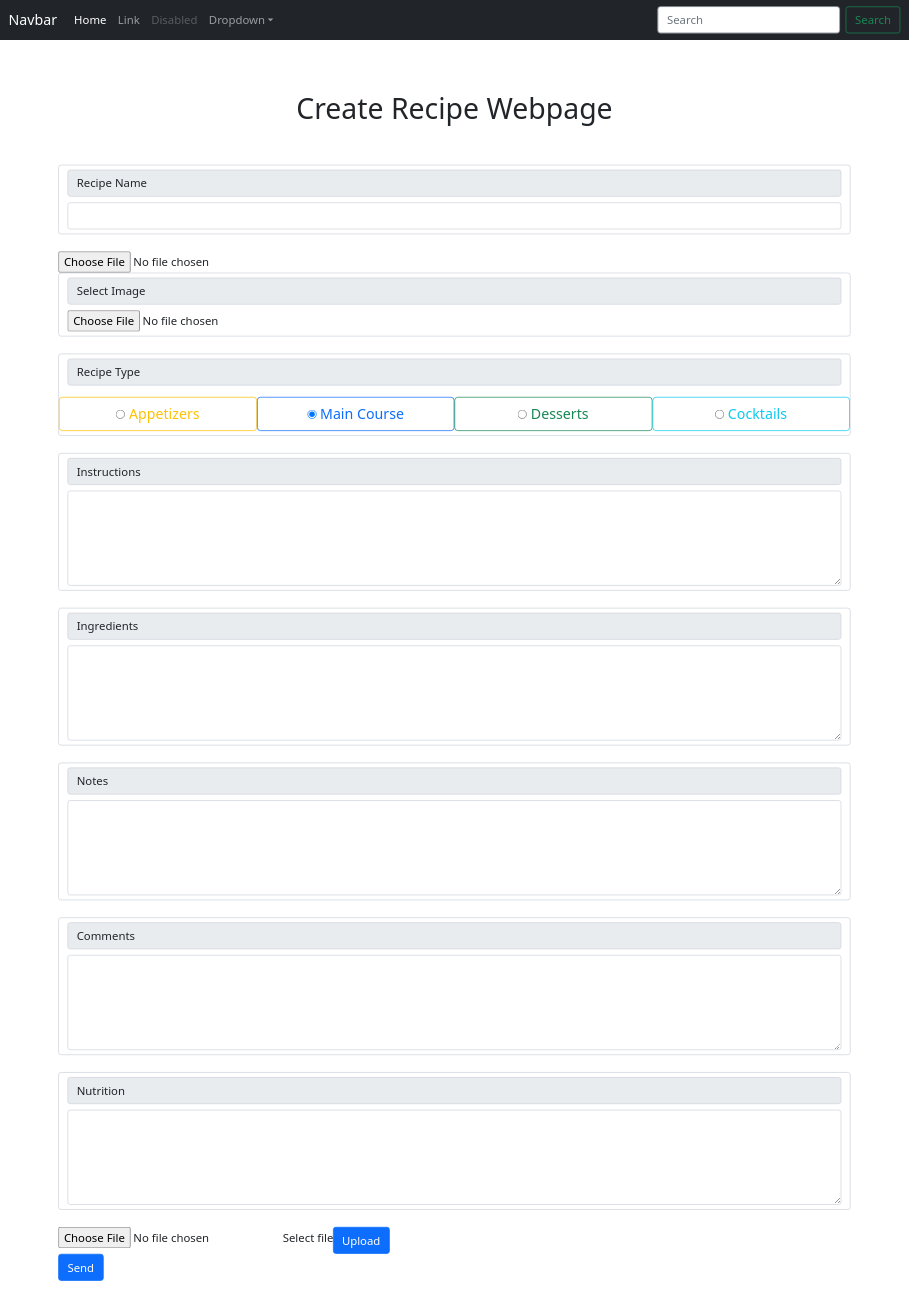
Repository: jerrywthompson/createRecipeWebpageHTML
Page: index.html
An editor plug-in stored every save of this project. The page is shown before and after the next save, followed by the edit.
The browser window is 1280 px wide. The pictures show the whole page, at 71% of full size.

Above is the page before, as saved 2021-02-25 14:43:42.

### index.html
<!doctype html>
<html lang="en">
    <head>
        <meta charset="utf-8">
        <meta name="viewport" content="width=device-width, initial-scale=1">
        <meta name="description" content="">
        <meta name="author" content="Mark Otto, Jacob Thornton, and Bootstrap contributors">
        <meta name="generator" content="Hugo 0.80.0">
        <title>Create Recipe Webpage</title>

        <link rel="stylesheet" href="css/main.css"/>
        <!-- Bootstrap core CSS -->
        <link href="css/bootstrap5/css/bootstrap.min.css" rel="stylesheet">

        <style>
            .bd-placeholder-img {
                font-size: 1.125rem;
                text-anchor: middle;
                -webkit-user-select: none;
                -moz-user-select: none;
                user-select: none;
            }

            @media (min-width: 768px) {
                .bd-placeholder-img-lg {
                    font-size: 3.5rem;
                }
            }
        </style>

    </head>
    <body>

        <nav class="navbar navbar-expand-md navbar-dark bg-dark fixed-top">
            <div class="container-fluid">
                <a class="navbar-brand" href="#">Navbar</a>
                <button class="navbar-toggler" type="button" data-bs-toggle="collapse" data-bs-target="#navbarsExampleDefault" aria-controls="navbarsExampleDefault" aria-expanded="false" aria-label="Toggle navigation">
                    <span class="navbar-toggler-icon"></span>
                </button>

                <div class="collapse navbar-collapse" id="navbarsExampleDefault">
                    <ul class="navbar-nav me-auto mb-2 mb-md-0">
                        <li class="nav-item">
                            <a class="nav-link active" aria-current="page" href="#">Home</a>
                        </li>
                        <li class="nav-item">
                            <a class="nav-link" href="#">Link</a>
                        </li>
                        <li class="nav-item">
                            <a class="nav-link disabled" href="#" tabindex="-1" aria-disabled="true">Disabled</a>
                        </li>
                        <li class="nav-item dropdown">
                            <a class="nav-link dropdown-toggle" href="#" id="dropdown01" data-bs-toggle="dropdown" aria-expanded="false">Dropdown</a>
                            <ul class="dropdown-menu" aria-labelledby="dropdown01">
                                <li><a class="dropdown-item" href="#">Action</a></li>
                                <li><a class="dropdown-item" href="#">Another action</a></li>
                                <li><a class="dropdown-item" href="#">Something else here</a></li>
                            </ul>
                        </li>
                    </ul>
                    <form class="d-flex">
                        <input class="form-control me-2" type="search" placeholder="Search" aria-label="Search">
                        <button class="btn btn-outline-success" type="submit">Search</button>
                    </form>
                </div>
            </div>
        </nav>
        <div class="starter-template text-center py-5 px-3">
            <h1>Create Recipe Webpage</h1>
        </div>
        <main class="container">
            <div class="input-section">
                <fieldset class="form-group">

                    <form action="main.php" method="post">
                        <div class="form-control mb-4">
                            <div class="input-group-prepend mb-2">
                                <span class="input-group-text" id="inputGroup-sizing-default">Recipe Name</span>
                            </div>
                            <input type="text" name="recipeName" class="form-control" aria-label="Default" aria-describedby="inputGroup-sizing-default">
                        </div>

                        <input id="input-b1" name="input-b1" type="file" class="file" data-browse-on-zone-click="true">
                        <div class="form-control mb-4">

                            <div class="input-group-prepend mb-2">
                                <span class="input-group-text">Select Image</span>
                            </div>
                            <input type="file" class="custom-file-input" name="image" id="exampleInputFile">
                        </div>


                        <div class="form-control mb-4">
                            <div class="input-group-prepend mb-3">
                                <span class="input-group-text" id="inputGroup-sizing-default">Recipe Type</span>
                            </div>
                            <div class="btn-toolbar row ml-2">
                                <label class="btn btn-outline-warning btn-lg col-lg-3">
                                    <input type="radio" name="recipeType" id="appetizers" value="appetizers" autocomplete="off" > Appetizers
                                </label>
                                <label class="btn btn-outline-primary btn-lg col-lg-3">
                                    <input type="radio" name="recipeType" id="main_course" value="main_course" autocomplete="off" checked> Main Course
                                </label>
                                <label class="btn btn-outline-success btn-lg col-lg-3">
                                    <input type="radio" name="recipeType" id="desserts" value="desserts" autocomplete="off"> Desserts
                                </label>
                                <label class="btn btn-outline-info btn-lg col-lg-3">
                                    <input type="radio" name="recipeType" id="cocktails" value="cocktails" autocomplete="off"> Cocktails
                                </label>
                            </div>
                        </div>
                        <div class="form-control mb-4">
                            <div class="input-group-prepend mb-2">
                                <span class="input-group-text">Instructions</span>
                            </div>
                            <textarea class="form-control" name="instructions" id="instructions" rows="5"></textarea>
                        </div>
                        <div class="form-control mb-4">
                            <div class="input-group-prepend mb-2">
                                <span class="input-group-text">Ingredients</span>
                            </div>
                            <textarea class="form-control" name="ingredients" id="ingredients" rows="5"></textarea>
                        </div>

                        <div class="form-control mb-4">
                            <div class="input-group-prepend mb-2">
                                <span class="input-group-text">Notes</span>
                            </div>
                            <textarea class="form-control" name="notes" id="notes" rows="5"></textarea>
                        </div>

                        <div class="form-control mb-4">
                            <div class="input-group-prepend mb-2">
                                <span class="input-group-text">Comments</span>
                            </div>
                            <textarea class="form-control" name="comments" id="comments" rows="5"></textarea>
                        </div>

                        <div class="form-control mb-4">
                            <div class="input-group-prepend mb-2">
                                <span class="input-group-text">Nutrition</span>
                            </div>
                            <textarea class="form-control" name="nutrition" id="nutrition" rows="5"></textarea>
                        </div>


                            <div class="input-group">
                              <div class="custom-file">
                                <input type="file" class="custom-file-input" id="customFileInput" aria-describedby="customFileInput">
                                <label class="custom-file-label" for="customFileInput">Select file</label>
                              </div>
                              <div class="input-group-append">
                                <button class="btn btn-primary" type="button" id="customFileInput">Upload</button>
                              </div>
                            </div>


                          <script>
                            document.querySelector('.custom-file-input').addEventListener('change', function (e) {
                              var name = document.getElementById("customFileInput").files[0].name;
                              var nextSibling = e.target.nextElementSibling
                              nextSibling.innerText = name
                            })
                          </script>


                        <!-- Submit button -->
                        <button type="submit" class="btn btn-primary btn-block mb-4">Send</button>
                    </form>

                </fieldset>




                <script src="../assets/dist/js/bootstrap.bundle.min.js"></script>


                </body>
                </html>
                <a href="../flask_db4/flaskblog/templates/create_post.html"></a>

Loaded but not shown: css/main.css (common file); css/bootstrap5/css/bootstrap.min.css (library); assets/dist/js/bootstrap.bundle.min.js (library)

After the next save:
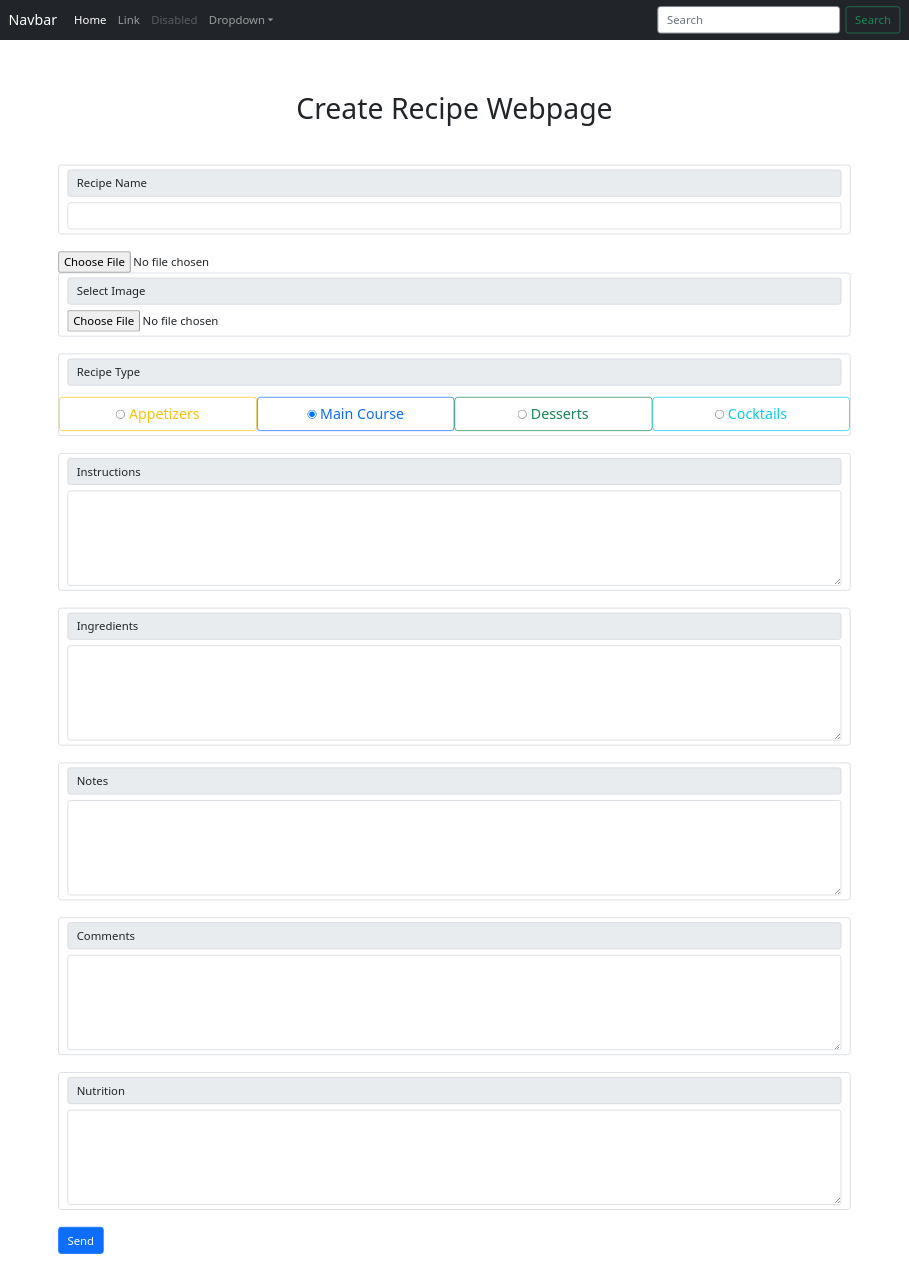
Saved 2 min 11 s later.
--- a/index.html
+++ b/index.html
@@ -144,26 +144,6 @@
                         </div>
 
 
-                            <div class="input-group">
-                              <div class="custom-file">
-                                <input type="file" class="custom-file-input" id="customFileInput" aria-describedby="customFileInput">
-                                <label class="custom-file-label" for="customFileInput">Select file</label>
-                              </div>
-                              <div class="input-group-append">
-                                <button class="btn btn-primary" type="button" id="customFileInput">Upload</button>
-                              </div>
-                            </div>
-
-
-                          <script>
-                            document.querySelector('.custom-file-input').addEventListener('change', function (e) {
-                              var name = document.getElementById("customFileInput").files[0].name;
-                              var nextSibling = e.target.nextElementSibling
-                              nextSibling.innerText = name
-                            })
-                          </script>
-
-
                         <!-- Submit button -->
                         <button type="submit" class="btn btn-primary btn-block mb-4">Send</button>
                     </form>
